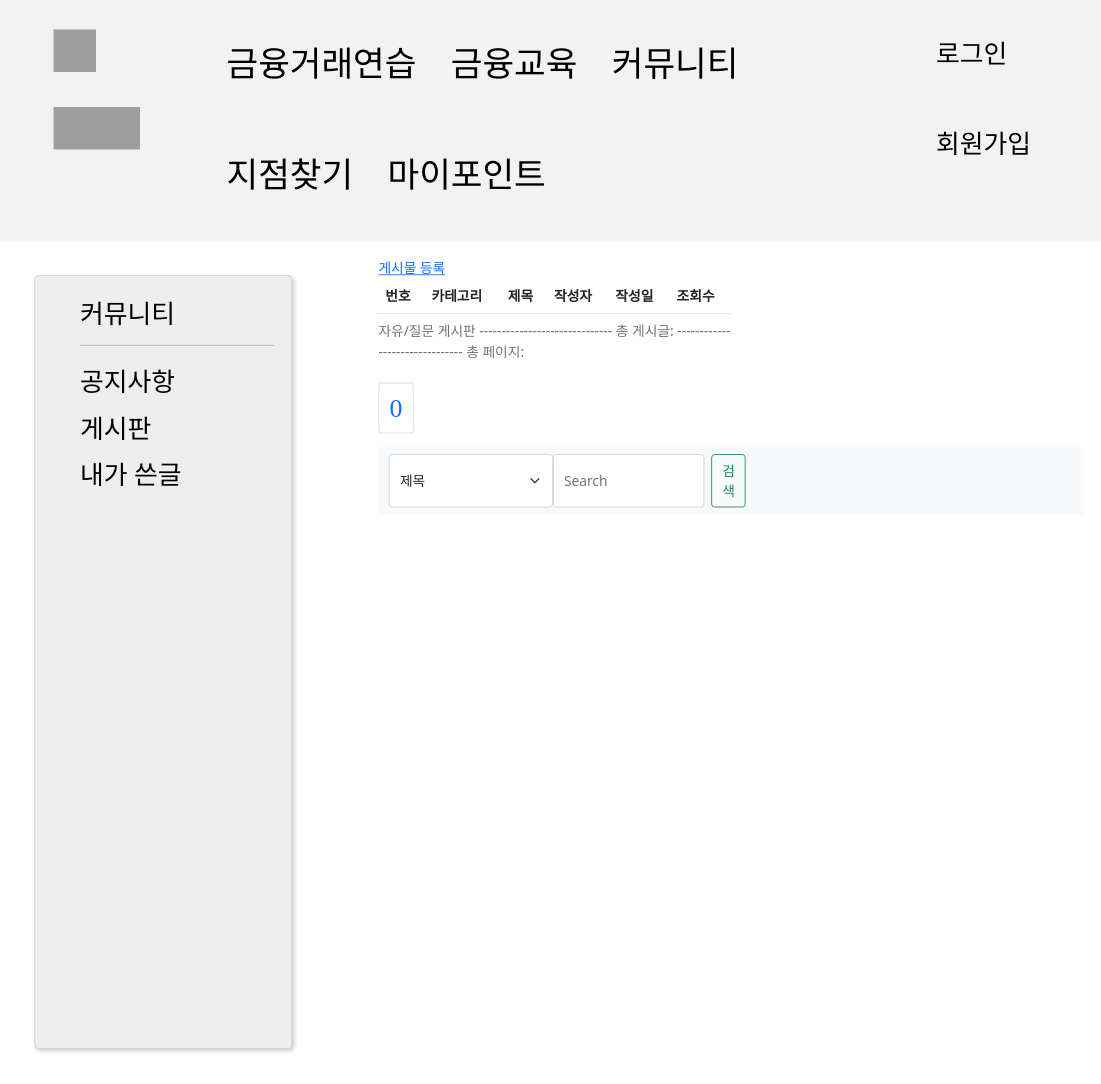
Repository: syc98syc/KB04_TeamProject
Page: http://localhost/jgig/WEB-INF/jsp/board/list.jsp
An editor plug-in stored every save of this project. The page is shown before and after the next save, followed by the edit.
The browser window is 1280 px wide. The pictures show the whole page, at 86% of full size.
Pictures or frames that could not be fetched are drawn as grey boxes. Some web fonts or font styles are not loaded; a fallback is used. The page is served by Tomcat 9. Nobody is signed in. Other server files are loaded and not shown. The template is opened directly, without the code that normally fills it, so the values that code supplies are empty.

Above is the page before, as saved 2023-09-08 05:49:14.

### jgig/src/main/webapp/WEB-INF/jsp/board/list.jsp
<%@ page language="java" contentType="text/html; charset=UTF-8"
    pageEncoding="UTF-8"%>
<%@ taglib uri="http://java.sun.com/jsp/jstl/core" prefix="c" %>
<!DOCTYPE html>
<html>
<head>
<link href="https://cdn.jsdelivr.net/npm/bootstrap@5.0.2/dist/css/bootstrap.min.css" rel="stylesheet" integrity="sha384-EVSTQN3/azprG1Anm3QDgpJLIm9Nao0Yz1ztcQTwFspd3yD65VohhpuuCOmLASjC" crossorigin="anonymous">
<meta charset="UTF-8">
<title>웹게시물 목록</title>
<style>
#content {
 	margin-left: 420px; /* 사이드바 너비 + 여백만큼 오른쪽으로 밀어줍니다. */
    flex-grow: 1; /* 남은 공간을 모두 차지하도록 설정 */
    background-color: #fff; /* 배경색 설정 */
    padding: 20px; /* 내부 여백 설정 */
}
</style>
</head>
<body>
<%@ include file="../include/top_navbar.jsp" %>
<%@ include file="../include/left_navbar.jsp" %>
<div id="content">
	<a href="/jgig/board_insert_form">게시물 등록</a> <br>
	<table class="table table-hover" style="width: 50%;">
	<caption>자유/질문 게시판 ------------------------------ 총 게시글: ${requestScope.total } ------------------------------- 총 페이지: ${criteria.totalPage }</caption>
		<tr>
		<th>번호</th>
		<th>카테고리</th>
		<th>제목</th>
		<th>작성자</th>
		<th>작성일</th>
		<th>조회수</th>
		<c:forEach items="${board_list}" var="brd">
		<tr>
			<td>${brd.brd_id }</td>
			<td>${brd.brd_category }</td>
			<td><a href="board_detail?no=${brd.brd_id}">${brd.title}</a></td>
			<td>${brd.mem_id }</td>
			<td>${brd.brd_date_created }</td>
			<td>${brd.brd_view }</td>
		</tr>
		</c:forEach>
	</table>
	<nav aria-label="Page navigation example">
  <ul class="pagination">
  <c:if test="${criteria.prev}">
    <li class="page-item"><a class="page-link" href="board_list?pageNum=${criteria.pageNum-1 }">이전</a></li>
  </c:if>
  <c:forEach begin="${criteria.beginPage}" end="${criteria.endPage}" var="idx">
 				 <li class="page-item"><a class="page-link" href="board_list?pageNum=${idx}"> ${idx} </a></li>
			</c:forEach>
    <c:if test="${criteria.next}">
    <li class="page-item"><a class="page-link" href="board_list?pageNum=${criteria.pageNum+1 }">다음</a></li>
	</c:if>
  </ul>
</nav>
<nav class="navbar navbar-light bg-light">
  <div class="container-fluid">
    <form class="d-flex" action="board_search_action" method="post">
   	 		<select class="form-select" aria-label="Default select example" name="brd_category">
				<option value="title">제목</option>
				<option value="mem_id">작성자</option>
			</select>
      <input class="form-control me-2" type="search" placeholder="Search" aria-label="Search">
      <button class="btn btn-outline-success" type="submit">검색</button>
    </form>
  </div>
</nav>
</div>
</body>
</html>

### jgig/src/main/webapp/WEB-INF/jsp/include/top_navbar.jsp
<%@ page language="java" contentType="text/html; charset=UTF-8"
    pageEncoding="UTF-8"%>
<!DOCTYPE html>
<html>
<head>
<meta charset="UTF-8">
<title>Insert title here</title>
<style>
@import url('https://fonts.googleapis.com/css2?family=Nanum+Gothic+Coding:wght@700&display=swap');  /* 글꼴 */

/* 상단 메뉴 스타일 */
        #top-menu {
            background-color: #F2F2F2;
            color: #fff;
            padding: 10px;
            width: 100%;
             display: flex;
  justify-content: center;
        }


    #img1 {
		width: 7vmin;
		height: 7vmin;
	}


	#img2 {
		width: 14vmin;
		height: 7vmin;
	}

	#top-menu a {
    color: #000; /* 링크 글꼴 색상 설정 */
    text-decoration: none; /* 링크 밑줄 제거 */
}

	#top-menu ul{
		list-style: none;
	}
	#top-menu li{
		font-family: 'Nanum Gothic Coding', cursive;
		float: left;
		background: #F2F2F2;
		padding:5px 10px;
		font-size: 40px;
		margin: 10px;
	}

	#top-menu ul li a{
		line-height: 2.5;
	}

	#nav3 ul li{
		font-size:30px;
	}
</style>
</head>
<body>
	<div id = "top-menu">
		<nav id = "nav1">
				<ul>
					<li><img id="img1" src="../resources/img/KB.png"></li>
					<li><img id="img2" src="../resources/img/지금입금.png"></li>
				</ul>
		</nav id = "nav2">
		<nav>
				<ul>
					<li class="menu1"><a href="#">금융거래연습</a></li>
					<li class="menu2"><a href="#">금융교육</a></li>
					<li class="menu3"><a href="#">커뮤니티</a></li>
					<li class="menu4"><a href="#">지점찾기</a></li>
					<li class="menu5"><a href="#">마이포인트</a></li>
				</ul>
		</nav>
		<nav id = "nav3">
				<ul>
					<li class="menu6"><a href="#">로그인</a></li>
					<li class="menu7"><a href="#">회원가입</a></li>
				</ul>
		</nav>
	</div>

</body>
</html>

### jgig/src/main/webapp/WEB-INF/jsp/include/left_navbar.jsp
<%@ page language="java" contentType="text/html; charset=UTF-8"
    pageEncoding="UTF-8"%>
<!DOCTYPE html>
<html>
<head>
<meta charset="UTF-8">
<title>Insert title here</title>
<style>

@import url('https://fonts.googleapis.com/css2?family=Nanum+Gothic+Coding:wght@700&display=swap');  /* 글꼴 */
/* 좌측 사이드바 스타일 */
#sidebar {
    width: 300px; /* 박스 컨테이너의 너비 설정 */
    height: 900px; /* 박스 컨테이너의 높이 설정 */
    background-color: #eee; /* 배경색 설정 */
    color: #000; /* 글꼴 색상 설정 */
    padding: 20px; /* 내부 여백 설정 */
    border: 1px solid #ccc; /* 박스 컨테이너의 테두리 설정 */
    border-radius: 5px; /* 박스 컨테이너의 모서리를 둥글게 설정 */
    box-shadow: 2px 2px 5px rgba(0, 0, 0, 0.2); /* 그림자 효과 추가 */
    line-height: normal;
    display: inline-block;
    vertical-align: middle;
    margin: 40px;
    float: left; /*왼쪽에 떠있게*/
}

/* 좌측 사이드바 링크 스타일 */
#sidebar a {
    color: #000; /* 링크 글꼴 색상 설정 */
    text-decoration: none; /* 링크 밑줄 제거 */
}

/* 좌측 사이드바 링크 호버 스타일 */
#sidebar a:hover {
    text-decoration: underline; /* 호버 상태에서 밑줄 추가 */
}

/* 좌측 사이드바 제목 스타일 */
#sidebar
	ul{
		list-style: none;
	}
	li{
		font-family: 'Nanum Gothic Coding', cursive;
		display: block; /* 각 <li> 요소를 한 줄에 하나씩 표시 */
		background: #eee;
		font-size: 30px;
	}

	#sidebar ul li a{
		line-height: 1.8;
	}

</style>
</head>
<body>
	<div id = "sidebar">
		<nav>
				<ul>
					<li>커뮤니티</li> <hr>
					<li class="menu1"><a href="#">공지사항</a></li>
					<li class="menu2"><a href="#">게시판</a></li>
					<li class="menu3"><a href="#">내가 쓴글</a></li>
				</ul>
		</nav>
	</div>

</body>
</html>

After the next save:
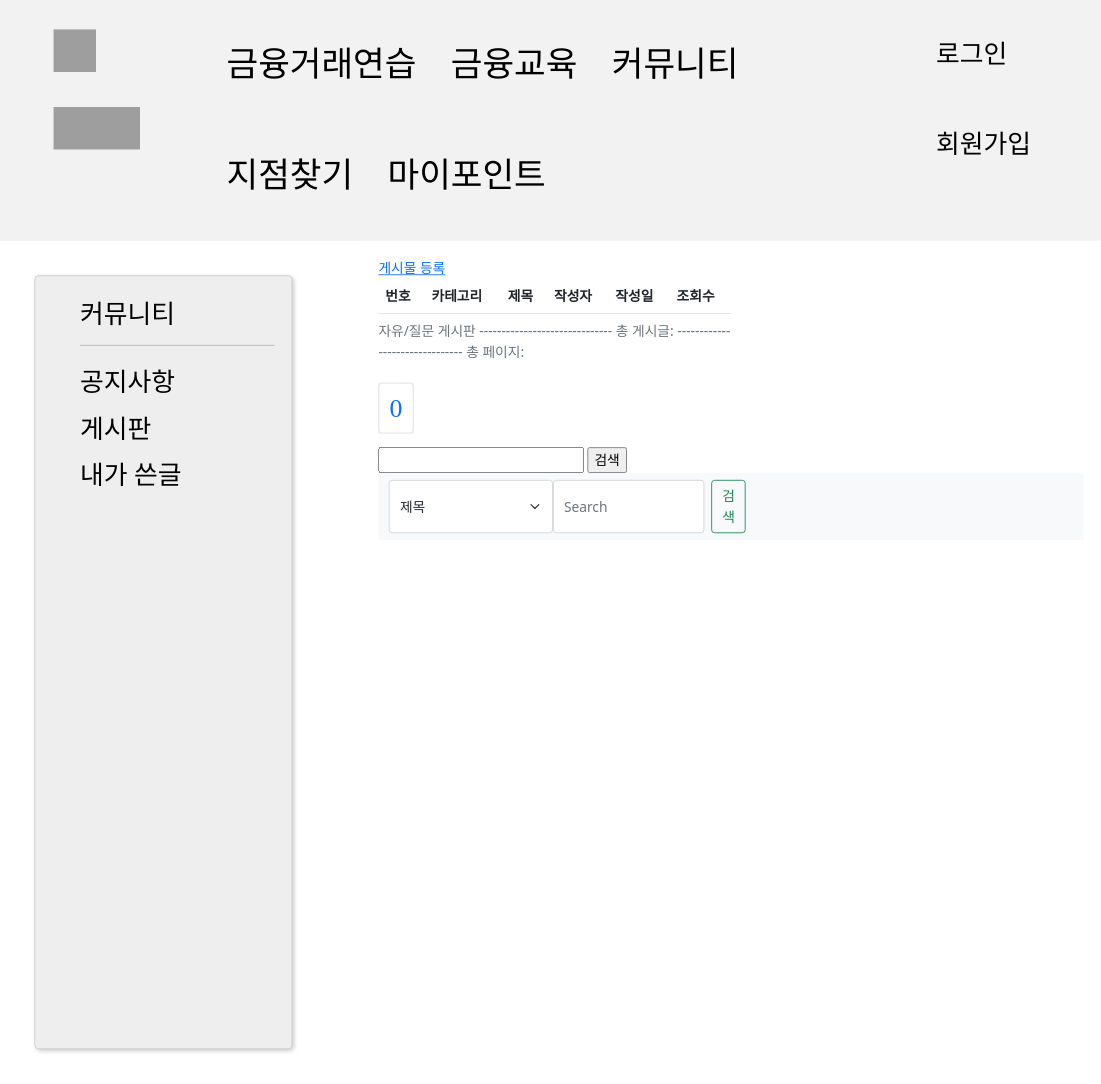
Saved 48 min 44 s later.
--- a/jgig/src/main/webapp/WEB-INF/jsp/board/list.jsp
+++ b/jgig/src/main/webapp/WEB-INF/jsp/board/list.jsp
@@ -53,6 +53,14 @@
     <li class="page-item"><a class="page-link" href="board_list?pageNum=${criteria.pageNum+1 }">다음</a></li>
 	</c:if>
   </ul>
+
+  <form action="board_search_action" method="post">
+		<fieldset>
+			<input type="text" name="title">
+			<input type="submit" value="검색">
+		</fieldset>
+	</form>
+
 </nav>
 <nav class="navbar navbar-light bg-light">
   <div class="container-fluid">
